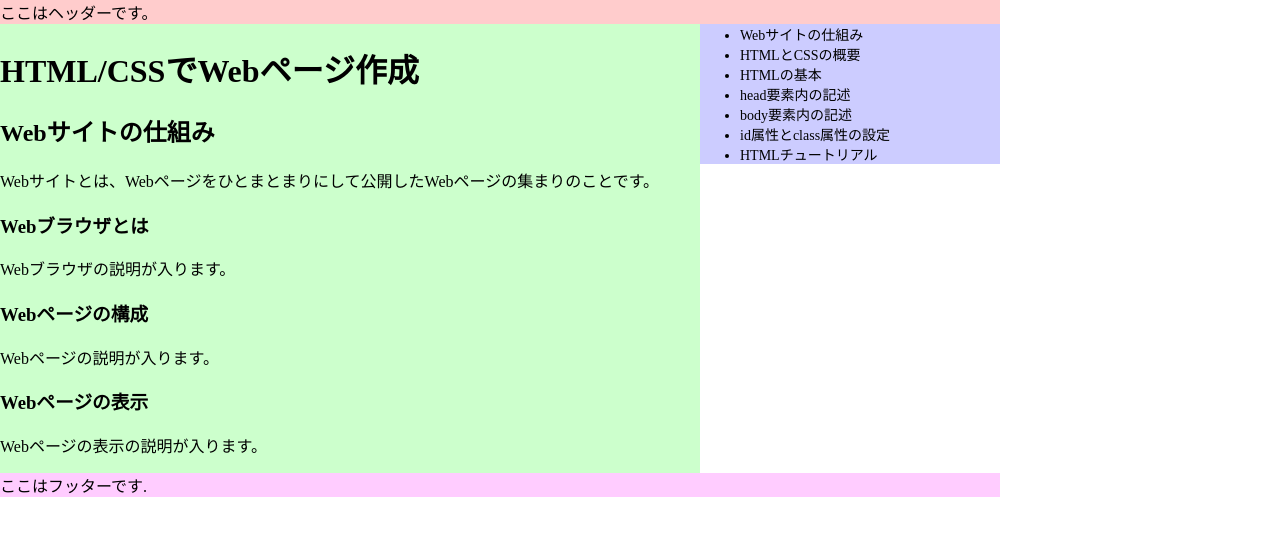
Repository: yoshimasa-ishihara/first-git
Page: kadai-html-css/kadai-html.html
The author's editor kept a record of every edit. The page is drawn from the files as they stood at one moment, then again after the next edit.
The browser window is 1280 px wide. The pictures show the whole page.

Above is the page before.

After the next edit:
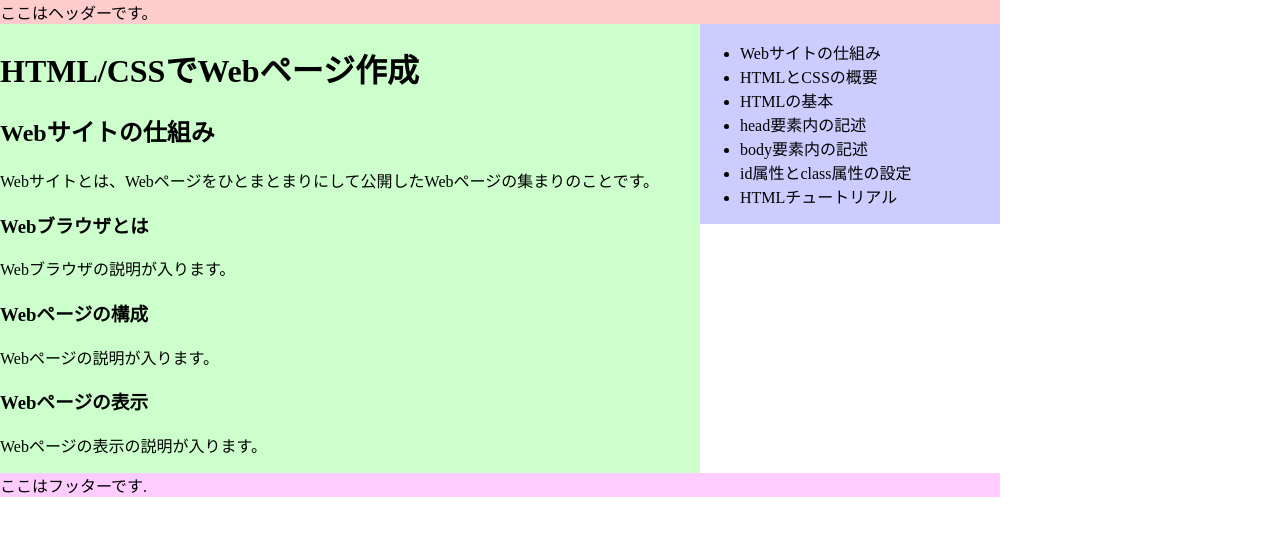
The edit:
--- a/kadai-html-css/kadai-css.css
+++ b/kadai-html-css/kadai-css.css
@@ -14,12 +14,7 @@
     float:right;
     background-color:#ccccff;
 }
-#menu ul{
-    font-size:0;
-}
-#menu ul li{
-    font-size:14px;
-}
+
 #main{
     width:700px;
     float:left;
